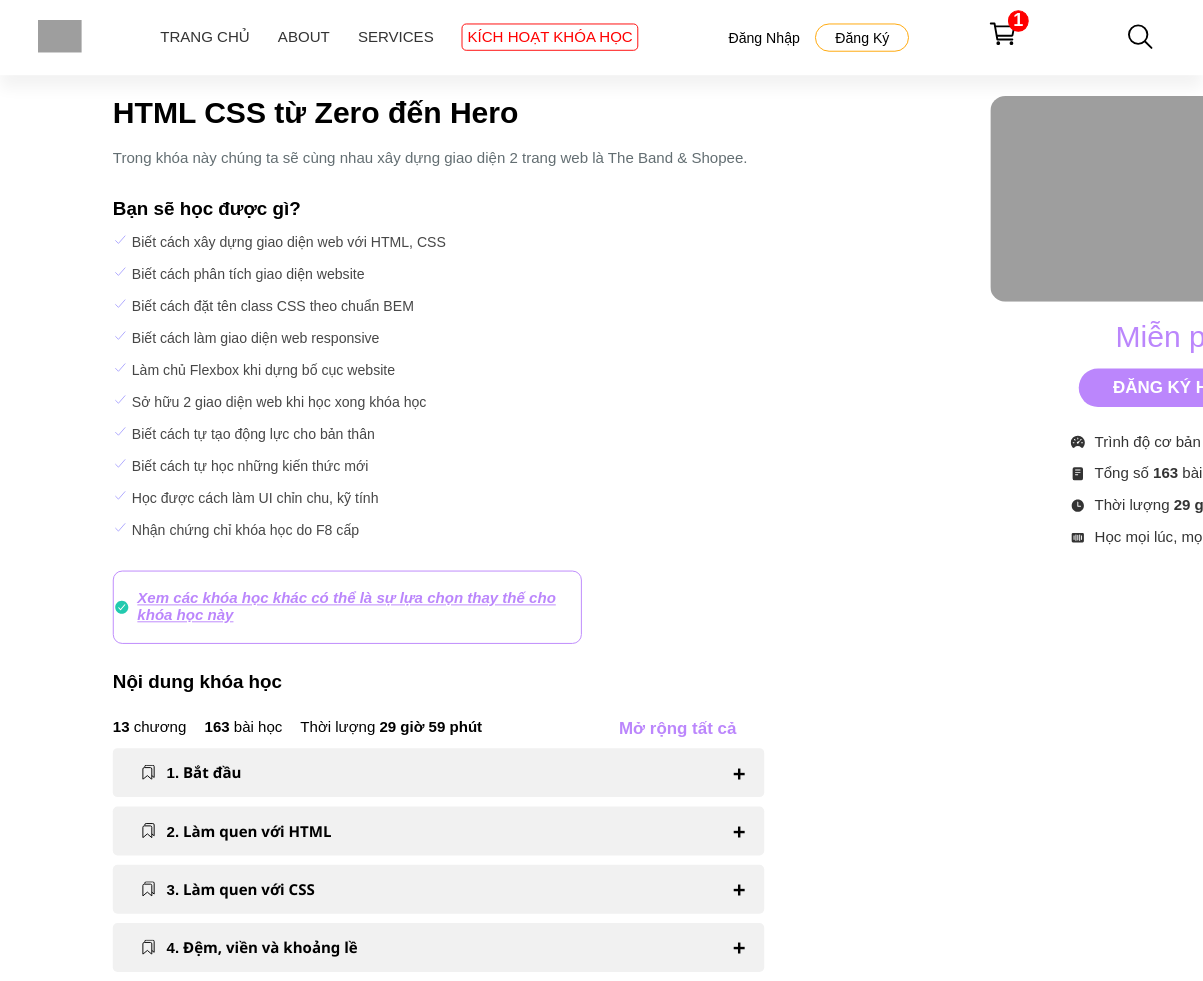
Repository: hoanghuuphuc/hoanghuuphuc
Page: details.html
The author's editor kept a copy of each file at every save. The page is drawn from the files as they stood at one save, then again after the next save.
The browser window is 1280 px wide. The pictures show the whole page, at 94% of full size.
Pictures or frames that could not be fetched are drawn as grey boxes.

Above is the page before, as saved 2022-12-12 00:38:58.
Console error: TypeError: Cannot read properties of null (reading 'style')

After the next save:
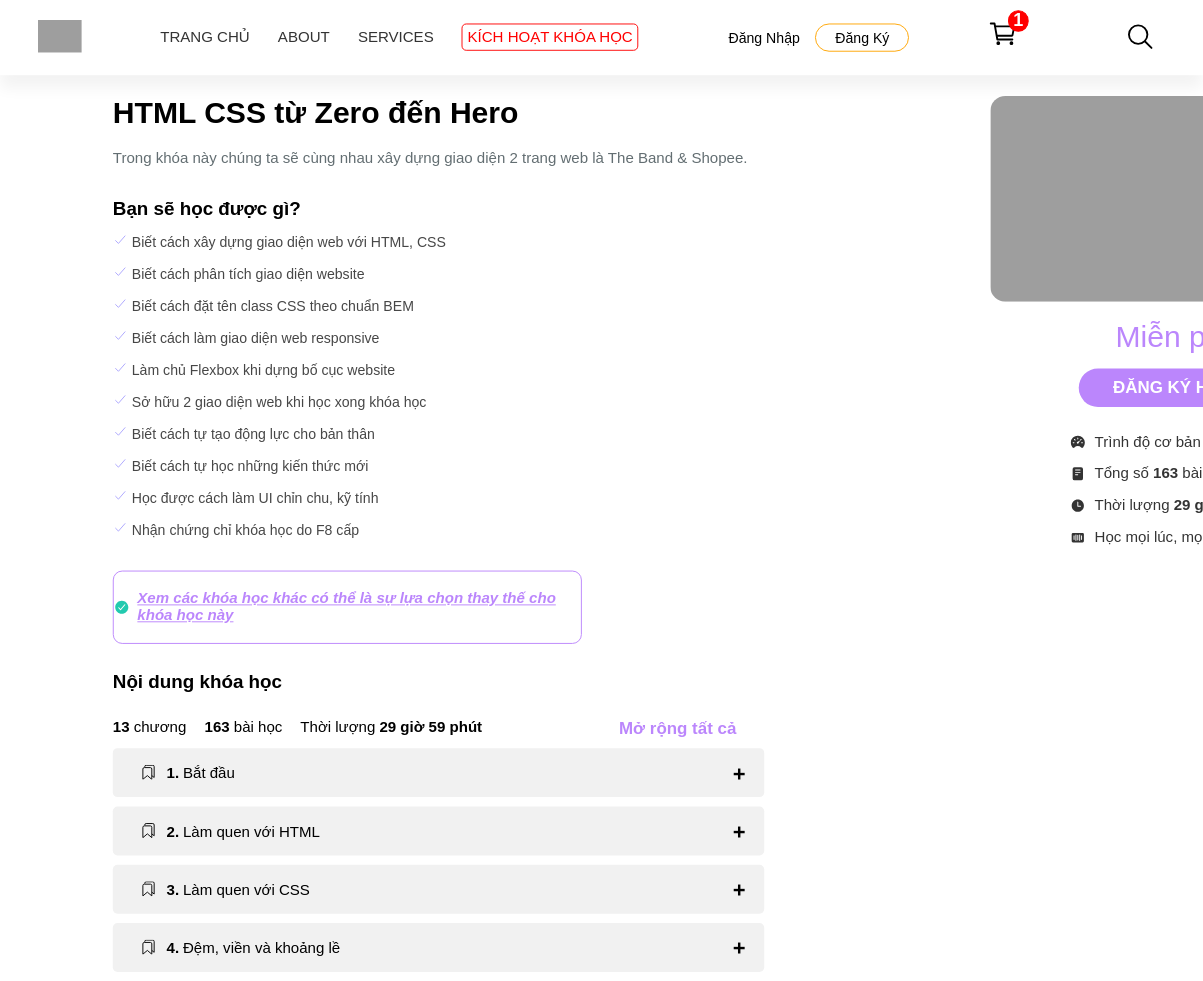
Saved 6 s later.
--- a/style.css
+++ b/style.css
@@ -803,7 +803,8 @@ footer {
   padding-right: 7px;
 }
 .accordion .contentBx .accordion-label span {
-  font-family: "Segoe UI", Tahoma, Geneva, Verdana, sans-serif;
+  font-weight: 500;
+  font-family: Arial, Helvetica, sans-serif;
 }
 .accordion-content table {
   width: 100%;
